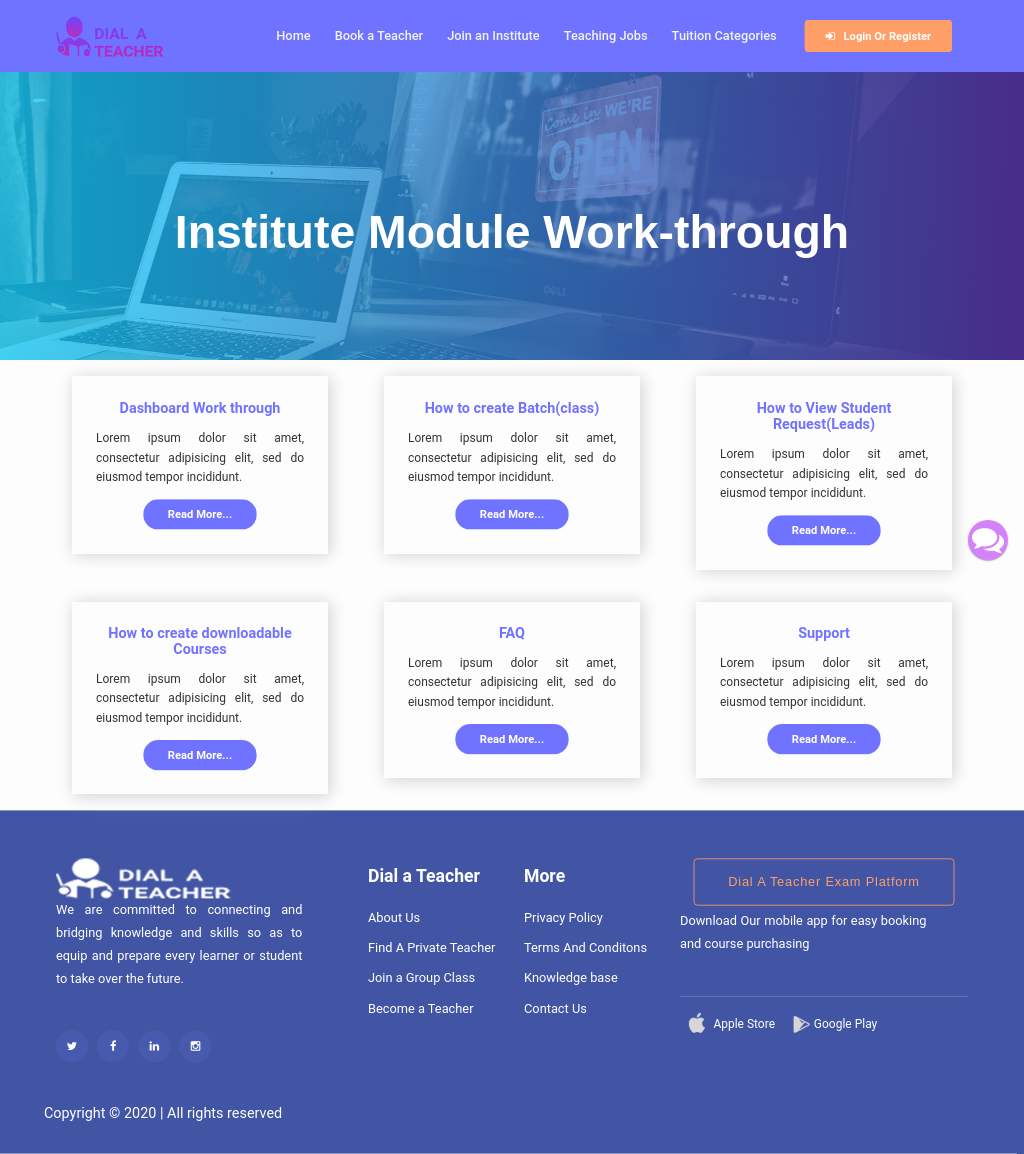
Repository: Samkiroko/DAT_knowledge
Page: instDashboard.html
These files come from the project's save history. The page is drawn as it stood at one moment and after the next save; the edit follows.
The browser window is 1280 px wide. The pictures show the whole page, at 80% of full size.

Above is the page before, as saved 2020-12-14 17:11:05.
Console error: TypeError: e.indexOf is not a function

After the next save:
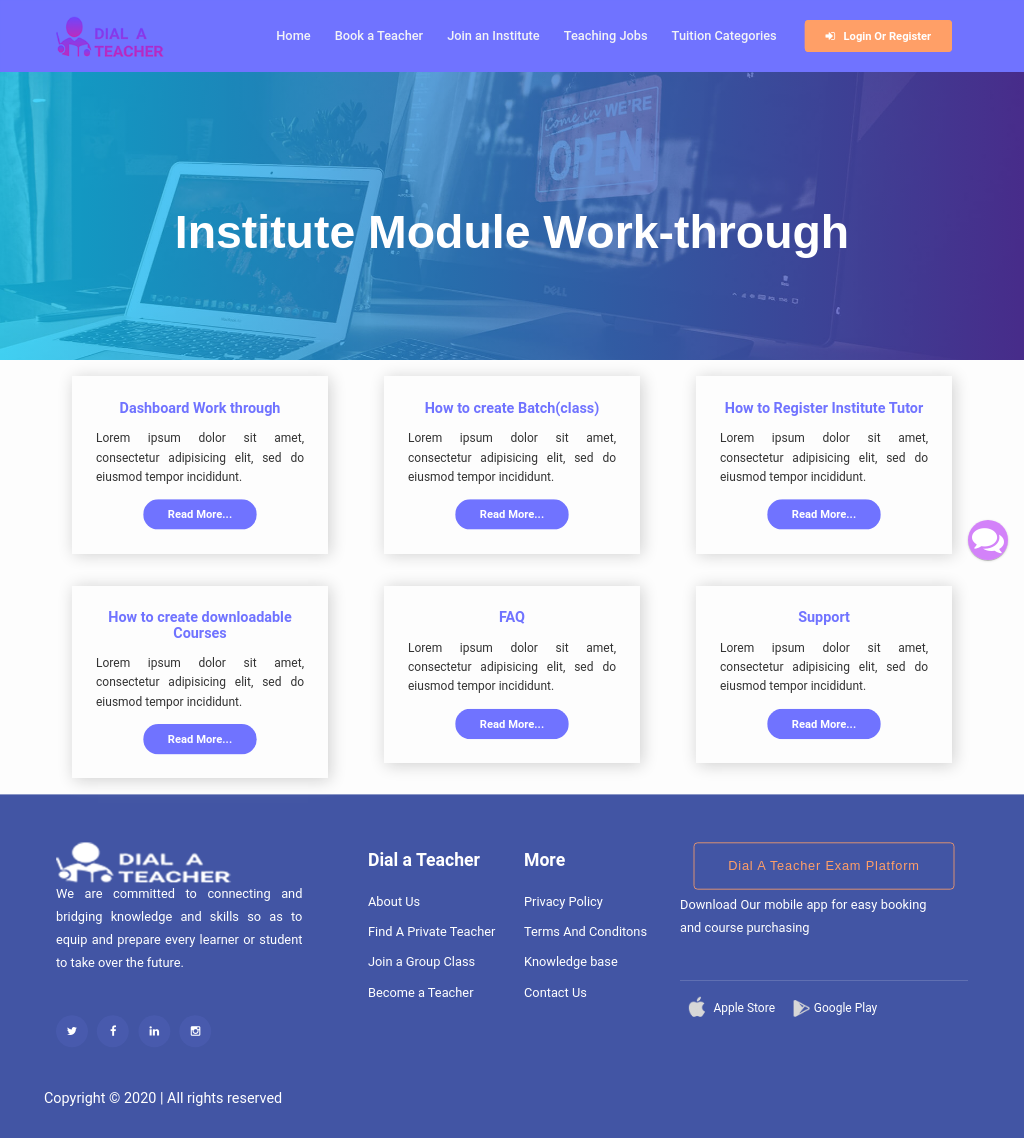
Saved 50 s later.
--- a/instDashboard.html
+++ b/instDashboard.html
@@ -125,7 +125,7 @@
           </div>
           <div class="col-lg-4 col-md-4 col-sm-6 col-xs-12">
             <a href="category.html" class="mwb-documentation-section__lists overflow" data-aos="flip-up">
-              <h3>How to View Student Request(Leads)</h3>
+              <h3>How to Register Institute Tutor</h3>
               <p>Lorem ipsum dolor sit amet, consectetur adipisicing elit, sed do eiusmod tempor
                 incididunt.</p>
               <button type="button" class="mwb-primary-btn mwb-documentation-section__btn">Read
